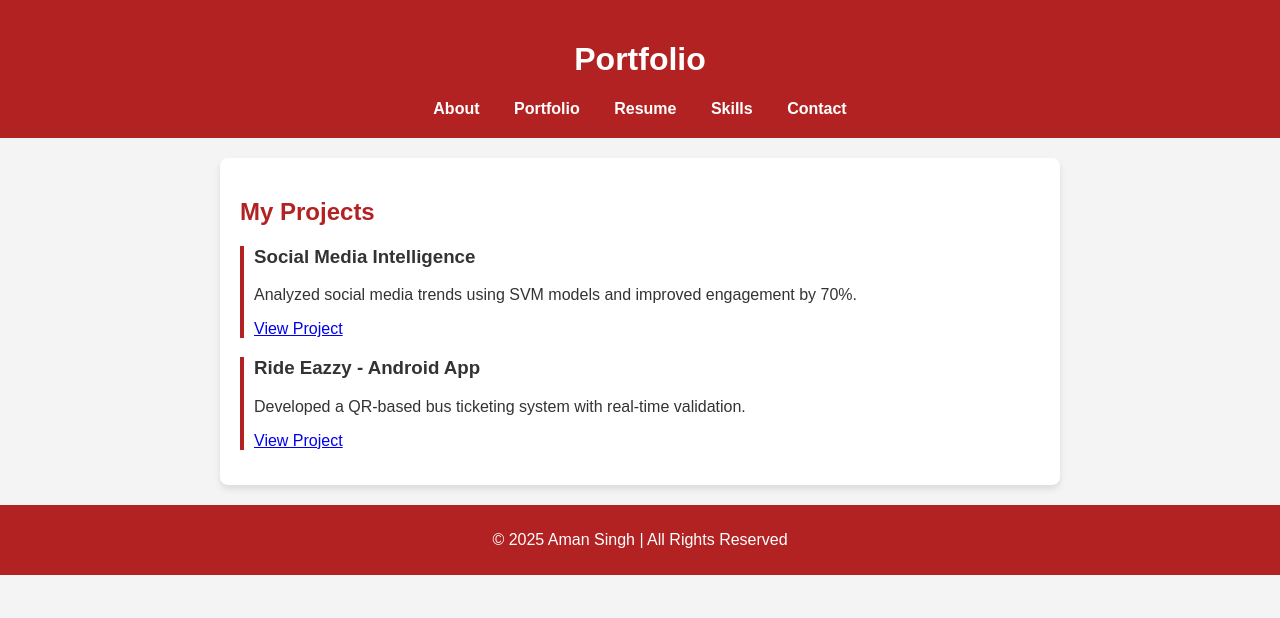
Repository: aman3singh/portfolio
Page: portfolio.html
The author's editor kept a copy of each file at every save. The page is drawn from the files as they stood at one save, then again after the next save.
The browser window is 1280 px wide. The pictures show the whole page.

Above is the page before, as saved 2025-02-11 16:54:21.

### portfolio.html
<!DOCTYPE html>
<html lang="en">
<head>
    <meta charset="UTF-8">
    <meta name="viewport" content="width=device-width, initial-scale=1.0">
    <title>Aman Singh | Portfolio</title>
    <link rel="stylesheet" href="styles.css">
</head>
<body>
    <header>
        <h1>Portfolio</h1>
        <nav>
            <a href="index.html#about">About</a>
            <a href="portfolio.html" class="active">Portfolio</a>
            <a href="resume.html">Resume</a>
            <a href="index.html#skills">Skills</a>
            <a href="index.html#contact">Contact</a>
        </nav>
    </header>

    <section id="projects">
        <h2>My Projects</h2>
        <div class="project">
            <h3>Social Media Intelligence</h3>
            <p>Analyzed social media trends using SVM models and improved engagement by 70%.</p>
            <a href="https://github.com/your-username/social-media-intelligence" target="_blank">View Project</a>
        </div>
        <div class="project">
            <h3>Ride Eazzy - Android App</h3>
            <p>Developed a QR-based bus ticketing system with real-time validation.</p>
            <a href="https://github.com/your-username/ride-eazzy" target="_blank">View Project</a>
        </div>
    </section>

    <footer>
        <p>© 2025 Aman Singh | All Rights Reserved</p>
    </footer>
</body>
</html>

### styles.css
body {
    font-family: Arial, sans-serif;
    margin: 0;
    padding: 0;
    background-color: #f4f4f4;
    color: #333;
}

header {
    background-color: #b22222;
    color: white;
    text-align: center;
    padding: 20px;
}

nav a {
    margin: 0 15px;
    color: white;
    text-decoration: none;
    font-weight: bold;
}

section {
    padding: 20px;
    margin: 20px auto;
    max-width: 800px;
    background: white;
    box-shadow: 0px 4px 6px rgba(0, 0, 0, 0.1);
    border-radius: 8px;
}

h2 {
    color: #b22222;
}

.project {
    border-left: 4px solid #b22222;
    padding-left: 10px;
    margin-bottom: 15px;
}

footer {
    text-align: center;
    padding: 10px;
    background-color: #b22222;
    color: white;
}

After the next save:
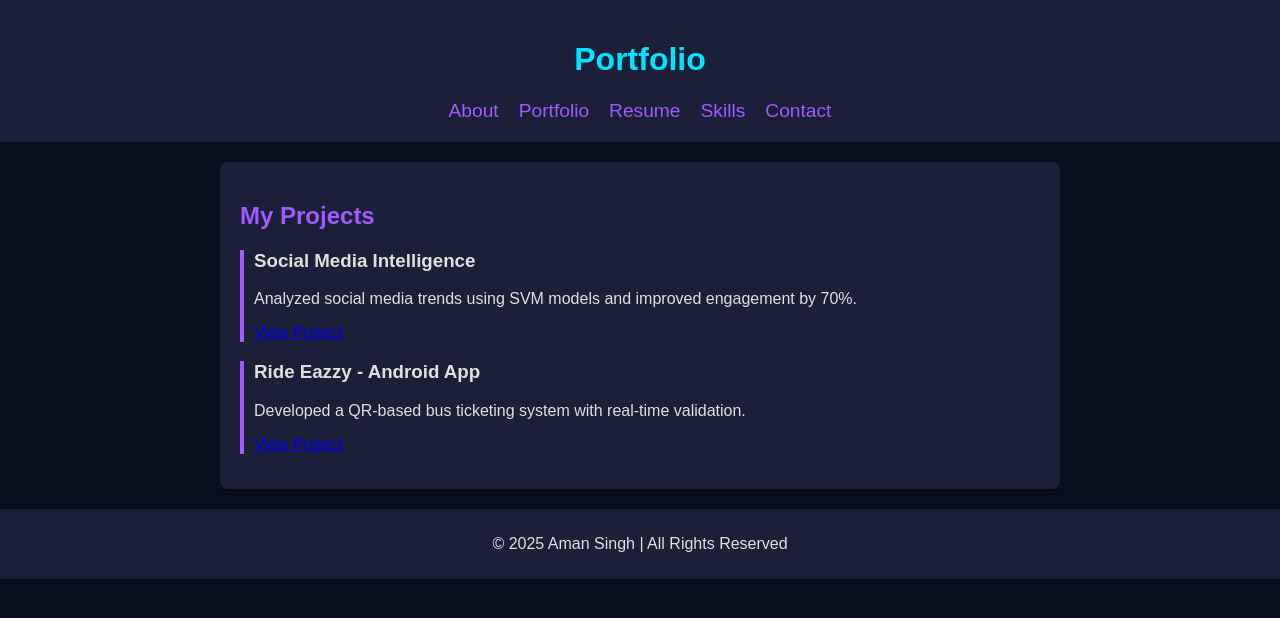
Saved 81 min 6 s later.
--- a/styles.css
+++ b/styles.css
@@ -1,47 +1,73 @@
 body {
-    font-family: Arial, sans-serif;
+    font-family: 'Arial', sans-serif;
     margin: 0;
     padding: 0;
-    background-color: #f4f4f4;
-    color: #333;
+    background-color: #0A0F1F;
+    color: #E0E0E0;
 }
 
 header {
-    background-color: #b22222;
-    color: white;
+    background-color: #1B1F38;
+    color: #00E5FF;
     text-align: center;
     padding: 20px;
 }
 
+nav {
+    display: flex;
+    justify-content: center;
+    gap: 20px;
+}
+
 nav a {
-    margin: 0 15px;
-    color: white;
+    color: #A259FF;
     text-decoration: none;
-    font-weight: bold;
+    font-size: 1.2em;
+    transition: color 0.3s;
+}
+
+nav a:hover {
+    color: #00E5FF;
 }
 
 section {
     padding: 20px;
     margin: 20px auto;
     max-width: 800px;
-    background: white;
+    background: #1B1F38;
     box-shadow: 0px 4px 6px rgba(0, 0, 0, 0.1);
     border-radius: 8px;
 }
 
 h2 {
-    color: #b22222;
+    color: #A259FF;
 }
 
 .project {
-    border-left: 4px solid #b22222;
+    border-left: 4px solid #A259FF;
     padding-left: 10px;
     margin-bottom: 15px;
+}
+
+.social-links {
+    display: flex;
+    justify-content: center;
+    gap: 15px;
+    font-size: 2rem;
+}
+
+.social-links a {
+    color: #A259FF;
+    transition: color 0.3s;
+}
+
+.social-links a:hover {
+    color: #00E5FF;
 }
 
 footer {
     text-align: center;
     padding: 10px;
-    background-color: #b22222;
-    color: white;
+    background-color: #1B1F38;
+    color: #E0E0E0;
 }
